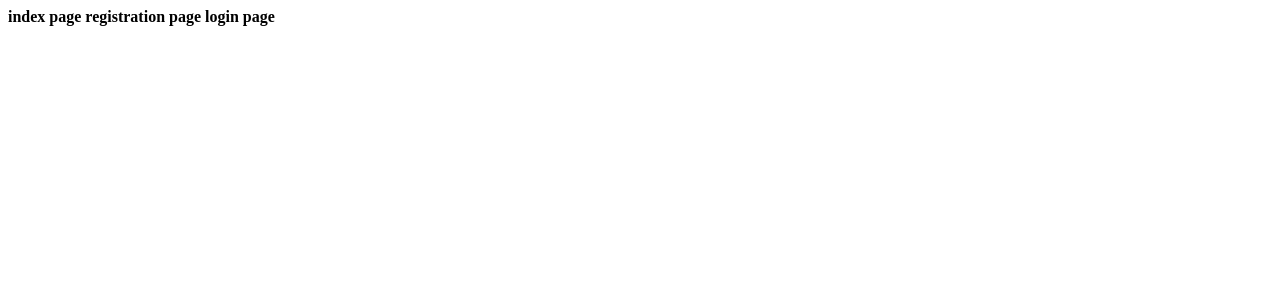
Repository: 2300031688/demo31688
Page: index.html
An editor plug-in stored every save of this project. The page is shown before and after a run of saves, followed by the edit.
The browser window is 1280 px wide. The pictures show the whole page.

Above is the page before, as saved 2025-07-22 11:23:54.

After the next 2 saves:
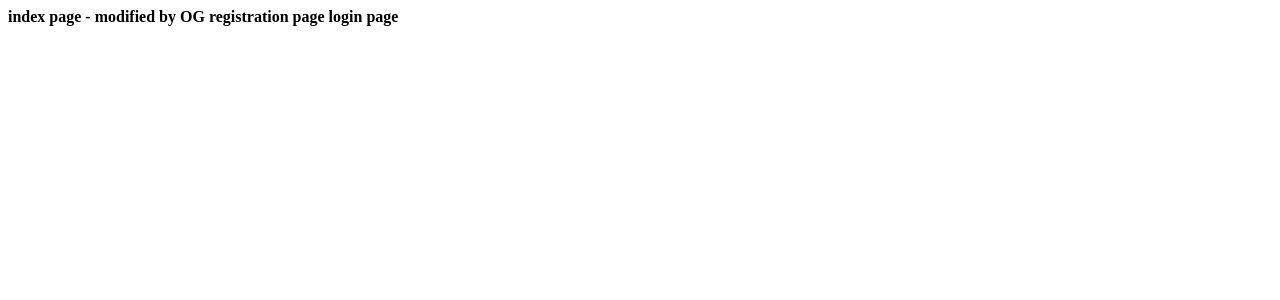
The 2 saves are shown as one change because they came seconds apart.
The last was saved 9 s later.
--- a/index.html
+++ b/index.html
@@ -1,3 +1,3 @@
-<b>index page </b>
+<b>index page - modified by OG</b>
 <b>registration page</b>
 <b>login page</b>
